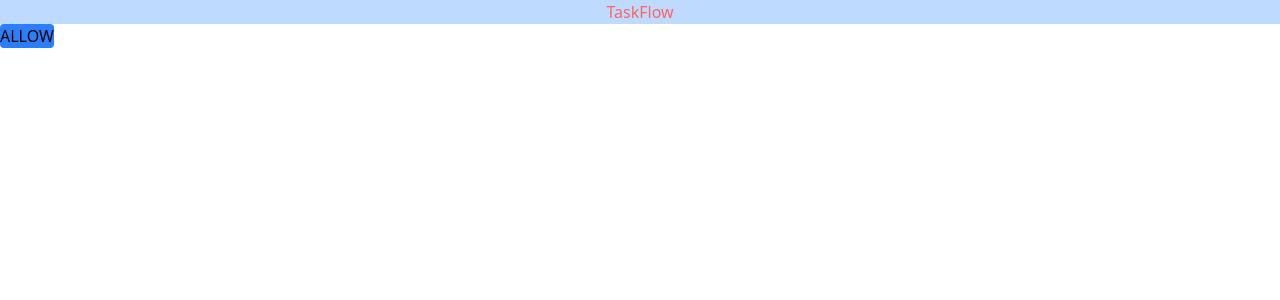
Repository: Manny1294/Taskflow
Page: /
These files come from the project's save history. The page is drawn as it stood at one moment and after the next save; the edit follows.
The browser window is 1280 px wide. The pictures show the whole page.
The project was rebuilt for these pictures with package versions that can differ from the ones it lists, and the page was loaded fresh each time. Also part of the build but not shown: vite.config.js.

Above is the page before, as saved 2026-02-11 06:42:43.

After the next save:
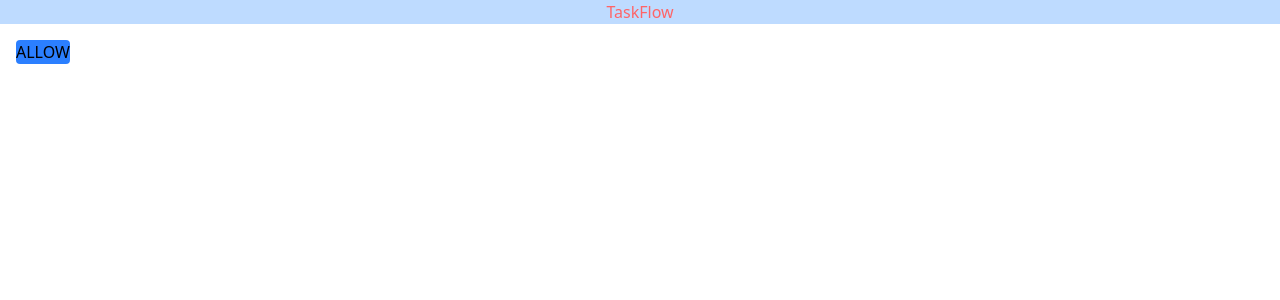
Saved 17 s later.
--- a/src/App.jsx
+++ b/src/App.jsx
@@ -4,7 +4,7 @@ export default function App() {
       <h1 className="text-red-400 bg-blue-200 flex items-center justify-center ">
         TaskFlow
       </h1>
-      <button className="border-green-300 rounded bg-blue-500" m-4>
+      <button className="border-green-300 rounded bg-blue-500 m-4">
         ALLOW
       </button>
     </>
